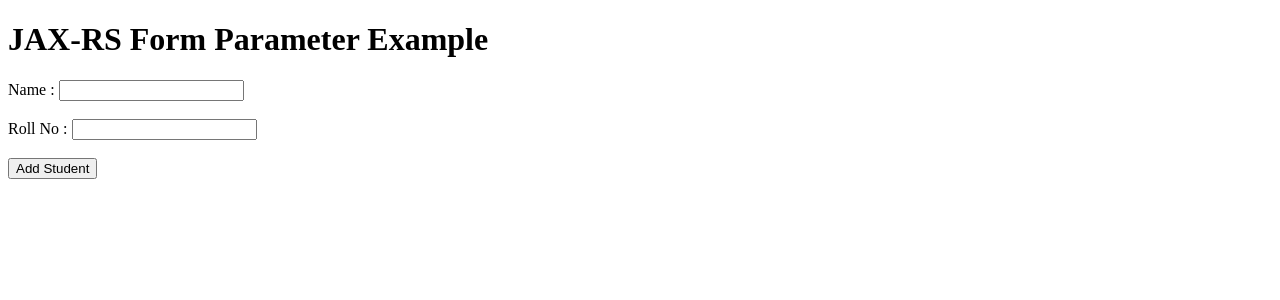
Repository: saidhaishiva/training
Page: http://localhost/006FormParameters/
These files come from the project's save history. The page is drawn as it stood at one moment and after the next save; the edit follows.
The browser window is 1280 px wide. The pictures show the whole page.
The page is served by Tomcat 9.

Above is the page before, as saved 2018-05-16 05:38:00.

After the next save:
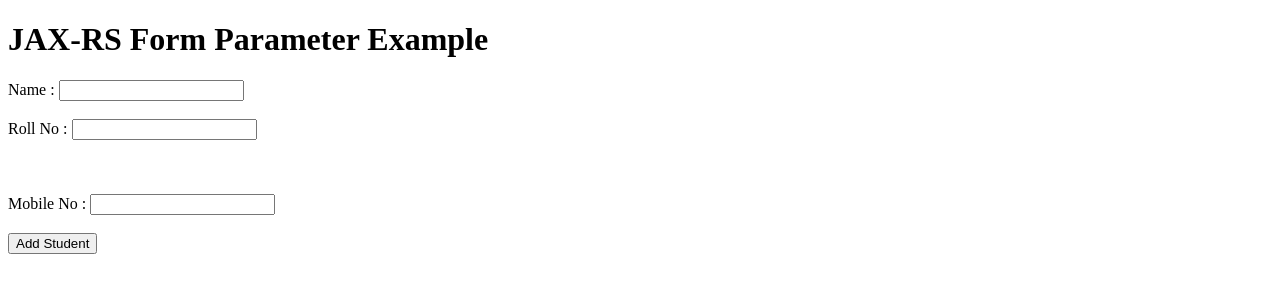
Saved 3 min 54 s later.
--- a/006FormParameters/WebContent/index.jsp
+++ b/006FormParameters/WebContent/index.jsp
@@ -13,6 +13,11 @@
 	<br/><br/>
 	Roll No : <input type="text" name="rollNo" />
 	<br/><br/>
+
+		<br/><br/>
+	Mobile No : <input type="text" name="mobile" />
+	<br/><br/>
+
 	<input type="submit" value="Add Student" />
  </form>
 </body>
